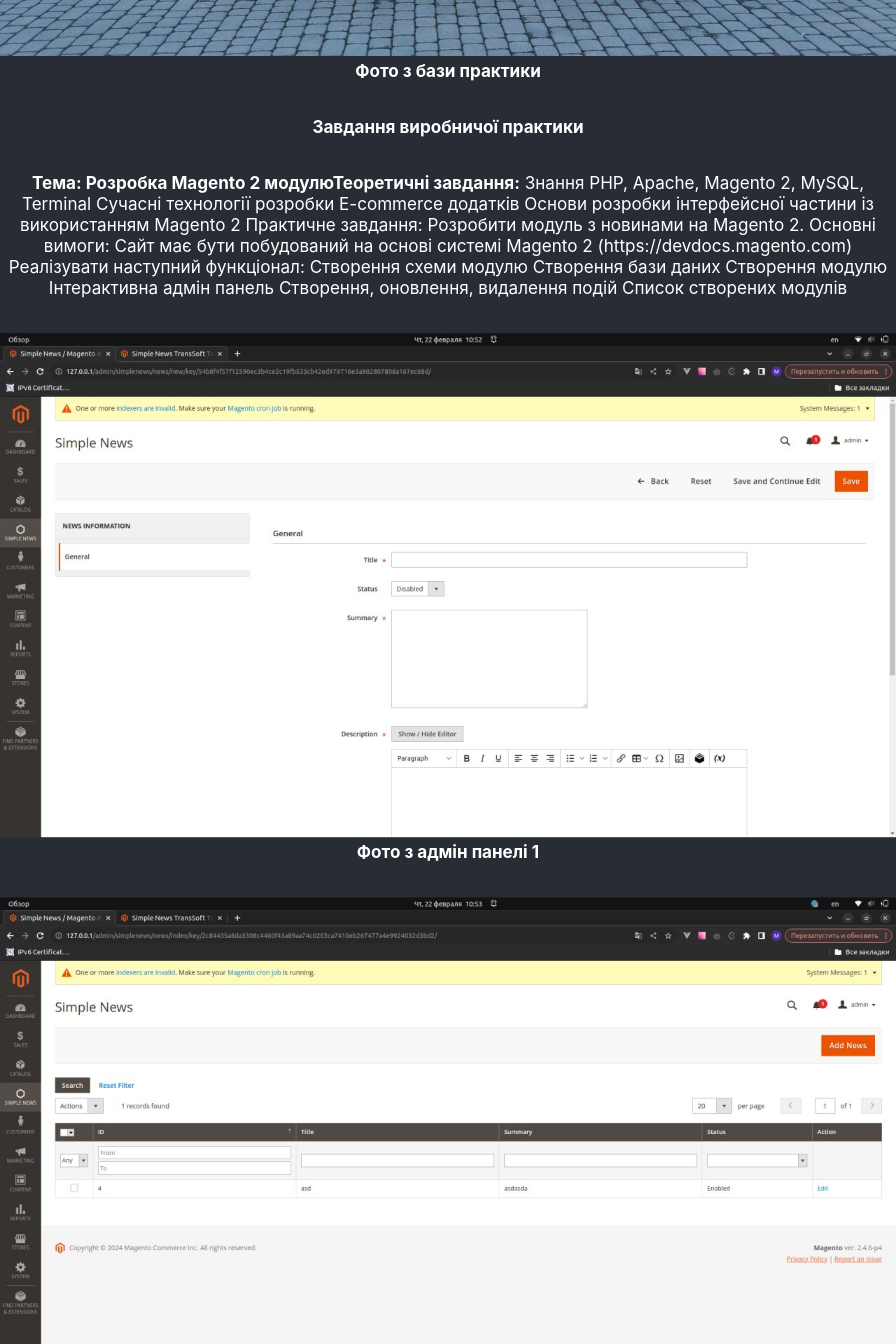
Repository: rutsguifd/prac-report
Page: /
The author's editor kept a copy of each file at every save. The page is drawn from the files as they stood at one save, then again after the next save.
The browser window is 1280 px wide. The pictures show the part of the page from y = 1290 to 3210 px (the page is 4554 px tall before and 4584 px after), at 70% of full size.
The project was rebuilt for these pictures with package versions that can differ from the ones it lists, and the page was loaded fresh each time.

Above is the page before, as saved 2024-02-22 13:44:34.

### src/App.js
import "./App.css";
import IM1 from "./assets/im1.jpg";
import IM2 from "./assets/im2.jpg";
import IM3 from "./assets/im3.jpg";
import PR from "./assets/pr.jpg";

function App() {
  return (
    <div className="App">
      <header className="App-header">
        <div style={{ margin: "50px 0" }}>Practice Report</div>
        <div>
          <b>Вступ</b>
          <div style={{ margin: "50px 0" }}>
            З 2 9 січня по 16 лютого ми проходили виробничу практику у ТОВ
            “TRANSOFT GROUP”. TRANSOFT GROUP - це компанія, яка спеціалізується
            на розробці та підтримці рішень, заснованих на Magento, щоб сприяти
            трансформації бізнесу, підвищенню клієнтського досвіду та
            операційній ефективності в різних галузях. Використовуючи передові
            технології та глибокі галузеві знання, TRANSOFT GROUP розробляє
            інноваційні рішення, які допомагають клієнтам досягти своїх
            бізнес-цілей та впевнено конкурувати на ринку.
          </div>
          <div style={{ margin: "50px 0" }}>
            <img src={PR} alt="alt" width="100%" />
            <b>Фото з бази практики</b>
          </div>
          <div>
            <b>Завдання виробничої практики</b>
          </div>
          <div style={{ margin: "50px 0" }}>
            <b>Тема: Розробка Magento 2 модулю</b>
            <b>Теоретичні завдання:</b> Знання PHP, Apache, Magento 2, MySQL,
            Terminal Сучасні технології розробки E-commerce додатків Основи
            розробки інтерфейсної частини із використанням Magento 2 Практичне
            завдання: Розробити модуль з новинами на Magento 2. Основні вимоги:
            Сайт має бути побудований на основі системі Magento 2
            (https://devdocs.magento.com) Реалізувати наступний функціонал:
            Створення схеми модулю Створення бази даних Створення модулю
            Інтерактивна адмін панель Створення, оновлення, видалення подій
            Список створених модулів
          </div>
          <div style={{ margin: "50px 0" }}>
            <img src={IM1} alt="alt" width="100%" />
            <b>Фото з адмін панелі 1</b>
          </div>
          <div style={{ margin: "50px 0" }}>
            <img src={IM2} alt="alt" width="100%" />
            <b>Фото з адмін панелі 2</b>
          </div>
          <div style={{ margin: "50px 0" }}>
            <img src={IM3} alt="alt" width="100%" />
            <b>Фото з вебсайту</b>
          </div>
          <b>Висновок</b>
          <div style={{ margin: "50px 0" }}>
            З 29 січня по 16 лютого ми проходили виробничу практику. Темою
            практики була розробка модулю із використанням LAMP. У цьому звіті
            підведені підсумки роботи за період проходження виробничої практики.
            На проекті було використано такі технології: Apache, Magento 2,
            composer, ElasticSearch, MySQL, PHP. Дана виробнича практика була
            для мене надзвичайно корисною. Протягом виробничої практики я
            удосконалив свої знання та навички використання вище описаних
            модулів. Я розробив адмінську панель з можливістю створення сторінки
            новин, підтягнув свої знання і практичні навички у використанні
            Magento та створенням архітектури проекту. Отже, виробнича практика
            була для мене корисною та цікавою.
          </div>
        </div>
      </header>
    </div>
  );
}

export default App;

Loaded but not shown: public/index.html (common file); src/index.js (common file); src/index.css (common file); src/App.css (common file)

After the next save:
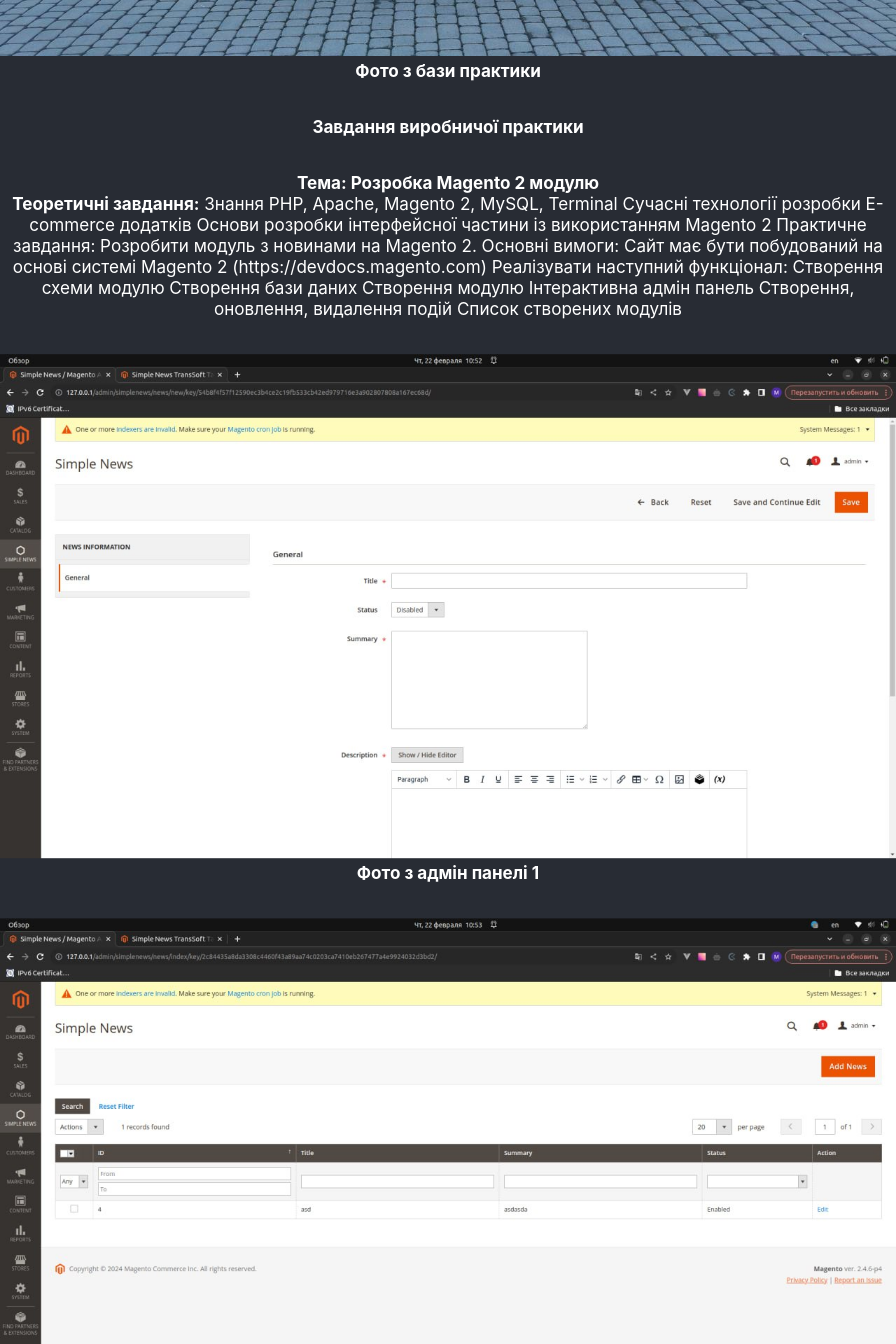
Saved 15 s later.
--- a/src/App.js
+++ b/src/App.js
@@ -29,7 +29,9 @@
             <b>Завдання виробничої практики</b>
           </div>
           <div style={{ margin: "50px 0" }}>
-            <b>Тема: Розробка Magento 2 модулю</b>
+            <div>
+              <b>Тема: Розробка Magento 2 модулю</b>
+            </div>
             <b>Теоретичні завдання:</b> Знання PHP, Apache, Magento 2, MySQL,
             Terminal Сучасні технології розробки E-commerce додатків Основи
             розробки інтерфейсної частини із використанням Magento 2 Практичне
